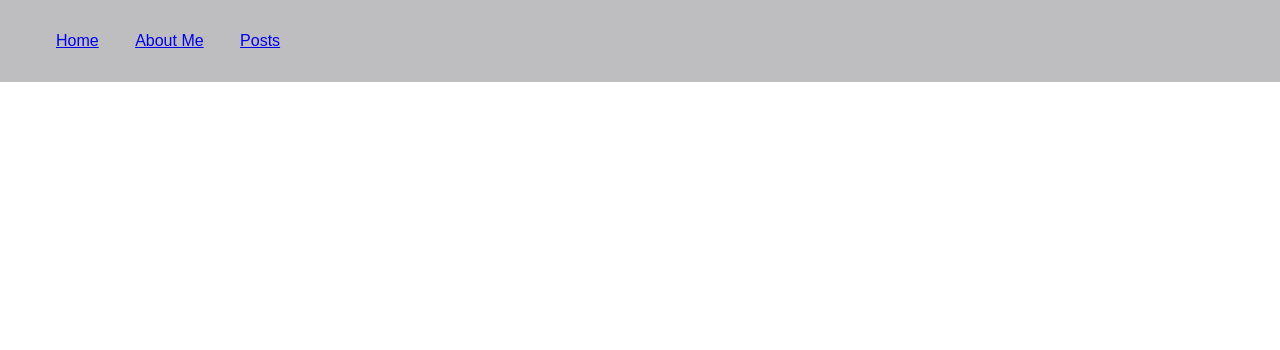
Repository: riley-martin/riley-martin.github.io
Page: about.html
These files come from the project's save history. The page is drawn as it stood at one moment and after the next save; the edit follows.
The browser window is 1280 px wide. The pictures show the whole page.

Above is the page before, as saved 2022-08-06 13:58:06.

After the next save:
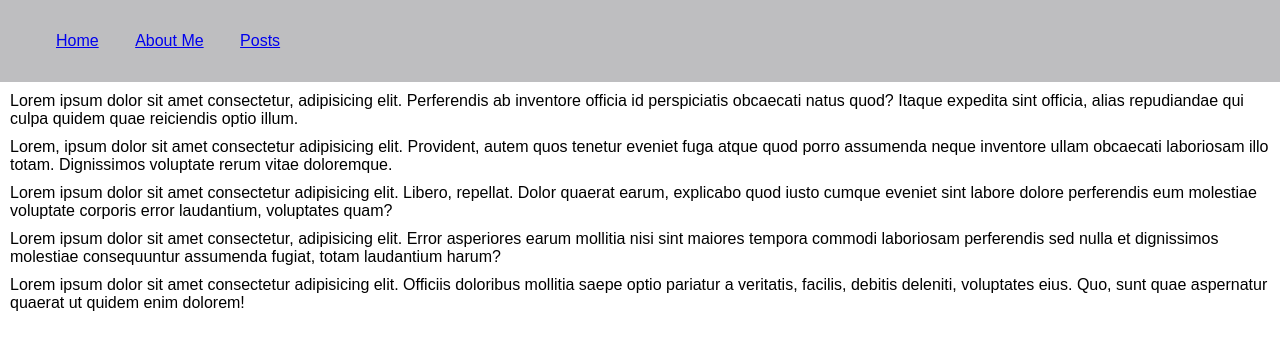
Saved 93 s later.
--- a/about.html
+++ b/about.html
@@ -19,7 +19,25 @@
             </ul>
         </nav>
     </header>
-    <main></main>
+    <main>
+        <div class="main__content">
+            <p>Lorem ipsum dolor sit amet consectetur, adipisicing elit. Perferendis ab inventore officia id perspiciatis
+                obcaecati natus quod? Itaque expedita sint officia, alias repudiandae qui culpa quidem quae reiciendis optio
+                illum.</p>
+            <p>Lorem, ipsum dolor sit amet consectetur adipisicing elit. Provident, autem quos tenetur eveniet fuga atque quod
+                porro assumenda neque inventore ullam obcaecati laboriosam illo totam. Dignissimos voluptate rerum vitae
+                doloremque.</p>
+            <p>Lorem ipsum dolor sit amet consectetur adipisicing elit. Libero, repellat. Dolor quaerat earum, explicabo quod
+                iusto cumque eveniet sint labore dolore perferendis eum molestiae voluptate corporis error laudantium,
+                voluptates quam?</p>
+            <p>Lorem ipsum dolor sit amet consectetur, adipisicing elit. Error asperiores earum mollitia nisi sint maiores
+                tempora commodi laboriosam perferendis sed nulla et dignissimos molestiae consequuntur assumenda fugiat, totam
+                laudantium harum?</p>
+            <p>Lorem ipsum dolor sit amet consectetur adipisicing elit. Officiis doloribus mollitia saepe optio pariatur a
+                veritatis, facilis, debitis deleniti, voluptates eius. Quo, sunt quae aspernatur quaerat ut quidem enim dolorem!
+            </p>
+        </div>
+    </main>
     <footer></footer>
 </body>
 
